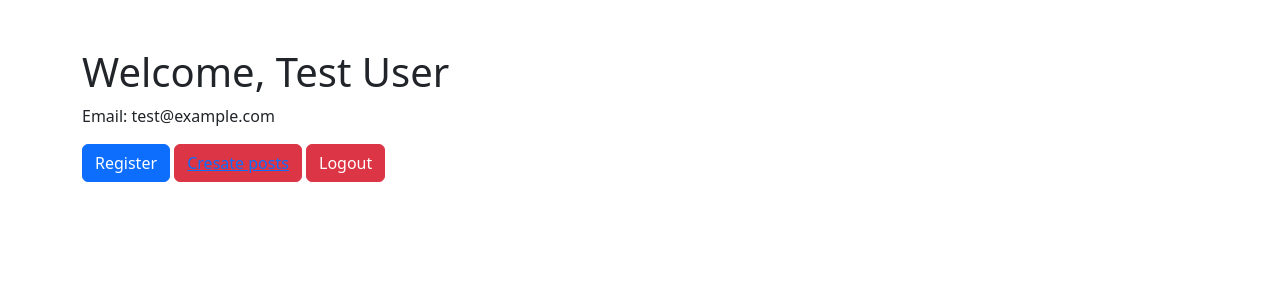
Repository: Abdulahi338/Authentication-using-laravel-11
Page: http://localhost/dashboard
The author's editor kept a copy of each file at every save. The page is drawn from the files as they stood at one save, then again after the next save.
The browser window is 1280 px wide. The pictures show the whole page.
The page is served by the project's Laravel application, run on PHP 8.4 with Laravel 12. A made-up administrator, Test User (test@example.com), is signed in. Other server files are loaded and not shown.

Above is the page before, as saved 2024-10-16 09:59:35.

### routes/web.php
<?php


use Illuminate\Support\Facades\Route;
use App\Http\Controllers\AuthController;
use Illuminate\Support\Facades\Auth;

// Guest routes (not logged in)
Route::middleware('guest')->group(function () {
    // Home route
    Route::get('/', function () {
        return view('layouts.app');
    })->name('home');

    // Registration routes
    Route::get('/register', function () {
        return view('auth.register');
    })->name('register.form');

    Route::post('/register', [AuthController::class, 'register'])->name('register');

    // Login routes
    Route::get('/login', function () {
        return view('auth.login');
    })->name('login.form');

    Route::post('/login', [AuthController::class, 'login'])->name('login');

    // Password reset request routes
    Route::get('/password/reset', [AuthController::class, 'showResetRequestForm'])->name('password.request');
    Route::post('/password/email', [AuthController::class, 'sendResetLinkEmail'])->name('password.email');

    // Password reset routes
    Route::get('/password/reset/{token}/{email}', [AuthController::class, 'showResetForm'])->name('password.reset');
    Route::post('/password/reset', [AuthController::class, 'reset'])->name('password.update');
    Route::get('/verify-email/{token}', [AuthController::class, 'verifyEmail'])->name('verification.verify');



});

// Authenticated routes (users who are logged in)
Route::middleware('auth')->group(function () {
     // Email verification route

    // Verification notice route
    Route::get('/verification-notice', function () {
        return view('auth.verification-notice');
    })->name('verification.notice');
        // Resend verification route
        Route::post('/resend-verification', [AuthController::class, 'resendVerification'])->name('verification.resend');
    // Dashboard route
    Route::get('/dashboard', [AuthController::class, 'dashboard'])->name('dashboard');

    // Logout route
    Route::post('/logout', [AuthController::class, 'logout'])->name('logout');

});


use App\Http\Controllers\PostController;

Route::middleware(['auth', 'verified'])->group(function () {
    Route::get('/posts', [PostController::class, 'index'])->name('posts.index');
    Route::get('/posts/create', [PostController::class, 'create'])->name('posts.create');
    Route::post('/posts', [PostController::class, 'store'])->name('posts.store');
    Route::get('/posts/{post}/edit', [PostController::class, 'edit'])->name('posts.edit');
    Route::put('/posts/{post}', [PostController::class, 'update'])->name('posts.update');
    Route::delete('/posts/{post}', [PostController::class, 'destroy'])->name('posts.destroy');
});

### app/Models/User.php
<?php

namespace App\Models;

// use Illuminate\Contracts\Auth\MustVerifyEmail;
use Illuminate\Database\Eloquent\Factories\HasFactory;
use Illuminate\Foundation\Auth\User as Authenticatable;
use Illuminate\Notifications\Notifiable;

class User extends Authenticatable
{
    use HasFactory, Notifiable;

    /**
     * The attributes that are mass assignable.
     *
     * @var array<int, string>
     */
    // User.php
public function posts()
{
    return $this->hasMany(Post::class);
}


    protected $fillable = [
        'name',
        'email',
        'password',
    ];

    /**
     * The attributes that should be hidden for serialization.
     *
     * @var array<int, string>
     */
    protected $hidden = [
        'password',
        'remember_token',
    ];

    /**
     * Get the attributes that should be cast.
     *
     * @return array<string, string>
     */
    protected function casts(): array
    {
        return [
            'email_verified_at' => 'datetime',
            'password' => 'hashed',
        ];
    }
}

### app/Http/Controllers/AuthController.php
<?php

namespace App\Http\Controllers;

use App\Models\User;
use App\Mail\VerificationMail;
use Illuminate\Http\Request;
use Illuminate\Support\Facades\Hash;
use Illuminate\Support\Facades\Mail;
use Illuminate\Support\Facades\DB;
use Illuminate\Support\Str;
use Illuminate\Support\Facades\Password;

class AuthController extends Controller
{
    // Registration function
    public function register(Request $request)
    {
        // Validate user input
        $validated = $request->validate([
            'name' => 'required|string|max:255',
            'email' => 'required|email|unique:users,email',
            'password' => 'required|string|min:3|confirmed', // Password should be more secure
        ]);

        // Hash password and create the user
        $user = User::create([
            'name' => $validated['name'],
            'email' => $validated['email'],
            'password' => Hash::make($validated['password']),
        ]);

        // Generate verification token
        $token = Str::random(32);
        DB::table('email_verifications')->insert([
            'user_id' => $user->id,
            'token' => $token,
            'created_at' => now(),
        ]);

        // Send verification email
        Mail::to($user->email)->send(new VerificationMail($user, $token));

        // Redirect to login with a success message
        return redirect()->route('login')->with('message', 'Registration successful! Please check your email to verify your account.');
    }

    // Login function
    public function login(Request $request)
    {
        // Validate the login request
        $credentials = $request->validate([
            'email' => 'required|email',
            'password' => 'required|string',
        ]);

        // Attempt to find the user
        $user = User::where('email', $credentials['email'])->first();

        if (!$user) {
            return redirect()->back()->withErrors(['email' => 'Invalid credentials.'])->withInput();
        }

        // Check if the email is verified
        if (!$user->email_verified_at) {
            return redirect()->back()->withErrors(['email' => 'Please verify your email first.'])->withInput();
        }

        // Check the password
        if (!Hash::check($credentials['password'], $user->password)) {
            return redirect()->back()->withErrors(['email' => 'Invalid credentials.'])->withInput();
        }

        // Log the user in
        auth()->login($user);

        return redirect()->route('dashboard'); // Redirect to the dashboard after successful login
    }

    // Email Verification function
    public function verifyEmail($token)
    {
        // Look for the token in the email_verifications table
        $verification = DB::table('email_verifications')->where('token', $token)->first();

        // If the token is not found, return an error
        if (!$verification) {
            return redirect()->route('login')->withErrors(['token' => 'Invalid verification token.']);
        }

        // Find the user by the token
        $user = User::find($verification->user_id);

        // Mark email as verified
        $user->email_verified_at = now();
        $user->save();

        // Optionally delete the token after successful verification
        DB::table('email_verifications')->where('token', $token)->delete();

        // Log the user in
        auth()->login($user);

        return redirect()->route('dashboard')->with('message', 'Email verified successfully! Welcome to your dashboard.');
    }

    // Resend Email Verification
    public function resendVerification(Request $request)
    {
        // Validate the request
        $request->validate([
            'email' => 'required|email',
        ]);

        // Find the user by email
        $user = User::where('email', $request->email)->first();

        if (!$user) {
            return redirect()->back()->withErrors(['email' => 'User not found.']);
        }

        // Check if the user already has a verified email
        if ($user->email_verified_at) {
            return redirect()->back()->withErrors(['email' => 'Email is already verified.']);
        }

        // Generate a new verification token
        $token = Str::random(32);

        // Update or create a new verification record
        DB::table('email_verifications')->updateOrInsert(
            ['user_id' => $user->id],
            ['token' => $token, 'created_at' => now()]
        );

        // Send the verification email
        Mail::to($user->email)->send(new VerificationMail($user, $token));

        return redirect()->back()->with('message', 'Verification email resent.');
    }

    // Show password reset request form
    public function showResetRequestForm()
    {
        return view('auth.passwords.email');
    }

    // Handle sending the reset link
    public function sendResetLinkEmail(Request $request)
    {
        // Validate the request
        $request->validate([
            'email' => 'required|email',
        ]);

        // Send the reset link
        $status = Password::sendResetLink($request->only('email'));

        // Return response based on the status
        return $status === Password::RESET_LINK_SENT
            ? back()->with('status', __($status))
            : back()->withErrors(['email' => __($status)]);
    }

    // Password Reset Form
    public function showResetForm($token, $email)
    {
        return view('auth.passwords.reset')->with(['token' => $token, 'email' => $email]);
    }

    // Handle password reset
    public function reset(Request $request)
    {
        // Validate the request
        $request->validate([
            'email' => 'required|email',
            'password' => 'required|string|min:6|confirmed',
            'token' => 'required',
        ]);

        // Reset the password
        $status = Password::reset(
            $request->only('email', 'password', 'password_confirmation', 'token'),
            function ($user) use ($request) {
                $user->password = Hash::make($request->password);
                $user->save();
            }
        );

        // Redirect or return based on the status
        return $status === Password::PASSWORD_RESET
            ? redirect()->route('login')->with('status', __($status))
            : back()->withErrors(['email' => __($status)]);
    }

    // Dashboard
    public function dashboard()
    {
        if (auth()->check()) {
            return view('dashboard', ['user' => auth()->user()]);
        }

        return redirect('/login')->with('message', 'Please log in first.');
    }

    // Logout
    public function logout(Request $request)
    {
        auth()->logout();
        return redirect('/login')->with('message', 'You have been logged out successfully!');
    }
}

### resources/views/dashboard.blade.php
{{-- resources/views/dashboard.blade.php --}}
<!DOCTYPE html>
<html lang="en">
<head>
    <meta charset="UTF-8">
    <meta name="viewport" content="width=device-width, initial-scale=1.0">
    <link href="https://cdn.jsdelivr.net/npm/bootstrap@5.3.0-alpha1/dist/css/bootstrap.min.css" rel="stylesheet">
    <title>User Dashboard</title>
</head>
<body>

    <div class="container mt-5">
        @if(session('message'))
        <div class="alert alert-success">{{ session('message') }}</div>
    @endif
        <h1>Welcome, {{ $user->name }}</h1>
        <p>Email: {{ $user->email }}</p>


        <form action="{{ url('/logout') }}" method="POST">
            @csrf
            <button type="submit" class="btn btn-primary"><a class="nav-link" href="{{ url('/register') }}">Register</a></button>

            <button type="submit" class="btn btn-danger"><a href="posts.create">Cresate posts</a></button>
            <button type="submit" class="btn btn-danger">Logout</button>
        </form>
    </div>
</body>
</html>

Loaded but not shown: app/Http/Controllers/Controller.php (common file)

After the next save:
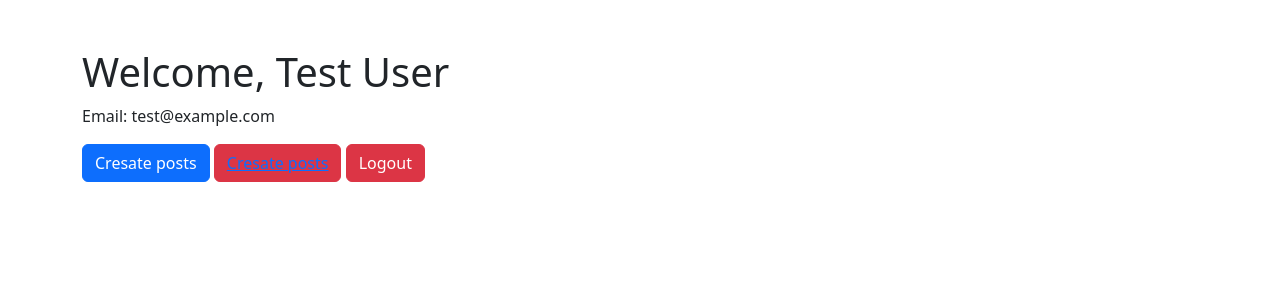
Saved 100 s later.
--- a/resources/views/dashboard.blade.php
+++ b/resources/views/dashboard.blade.php
@@ -19,7 +19,7 @@
 
         <form action="{{ url('/logout') }}" method="POST">
             @csrf
-            <button type="submit" class="btn btn-primary"><a class="nav-link" href="{{ url('/register') }}">Register</a></button>
+            <button type="submit" class="btn btn-primary"><a class="nav-link" href="{{ url('/register') }}">Cresate posts</a></button>
 
             <button type="submit" class="btn btn-danger"><a href="posts.create">Cresate posts</a></button>
             <button type="submit" class="btn btn-danger">Logout</button>
